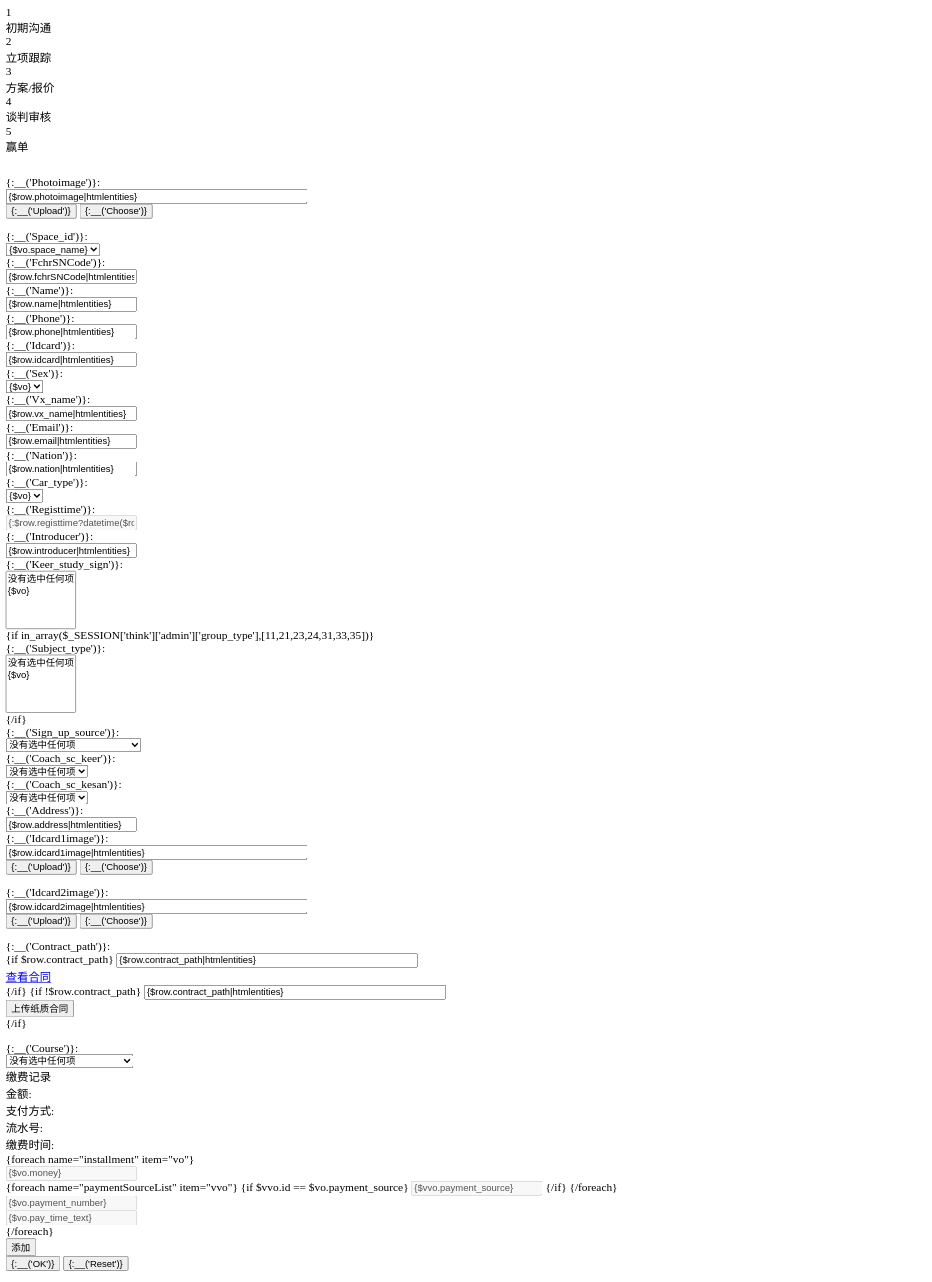
Repository: Akarin-Akari/xiaomaguantest
Page: application/admin/view/studentconfig/student/edit.html
These files come from the project's save history. The page is drawn as it stood at one moment and after the next save; the edit follows.
The browser window is 1280 px wide. The page is 1280 px wide, then 1312 px, so the pictures cover 1312 px, including what lies to the right of the window. The pictures show the whole page, at 71% of full size.

Above is the page before, as saved 2024-01-23 18:44:56.
Console error: ReferenceError: $length is not defined

After the next save:
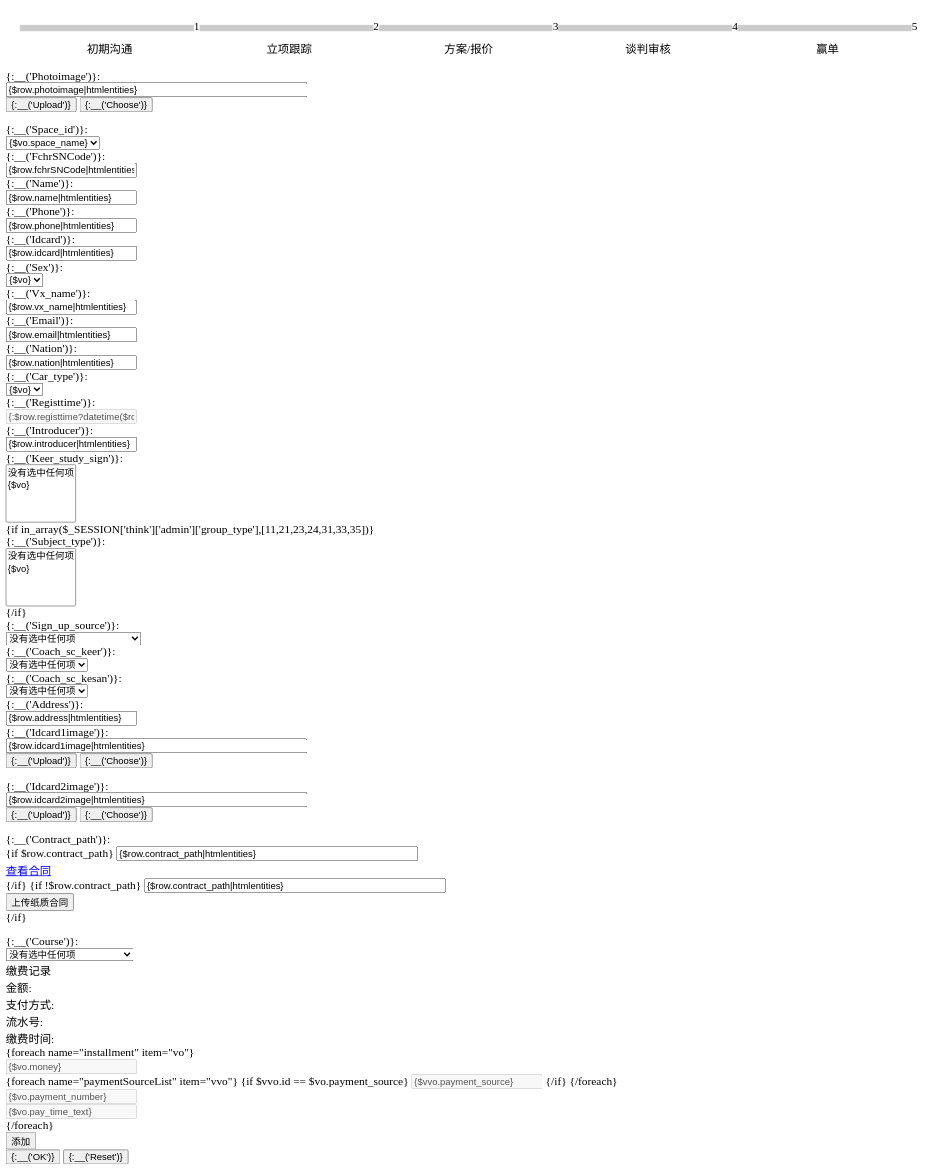
Saved 76 s later.
--- a/application/admin/view/studentconfig/student/edit.html
+++ b/application/admin/view/studentconfig/student/edit.html
@@ -1,3 +1,38 @@
+<style>
+    .steps {
+        padding: 20px;
+        display: flex;
+        justify-content: center;
+        width:100%;
+    }
+
+    /* 进度线宽，4份，25% */
+    .step {
+        width: 25%;
+        height: 20px;
+    }
+
+    /* 进度线和序号，使用弹性居中布局让序号和进度线居中 */
+    .step-progress {
+        display: flex;
+        justify-content: center;
+    }
+
+    /* 文本居中 */
+    .step-text {
+        width: 100%;
+        margin-top: 10px;
+        text-align: center;
+    }
+
+    /* 进度线 */
+    .step-line {
+        width: 100%;
+        height: 9px;
+        margin-top: 7px;
+        background-color: #cccccc;
+    }
+</style>
 <form id="edit-form" class="form-horizontal" role="form" data-toggle="validator" method="POST" action="">
 
     <div class="div-flex" style="margin-bottom:30px;">
